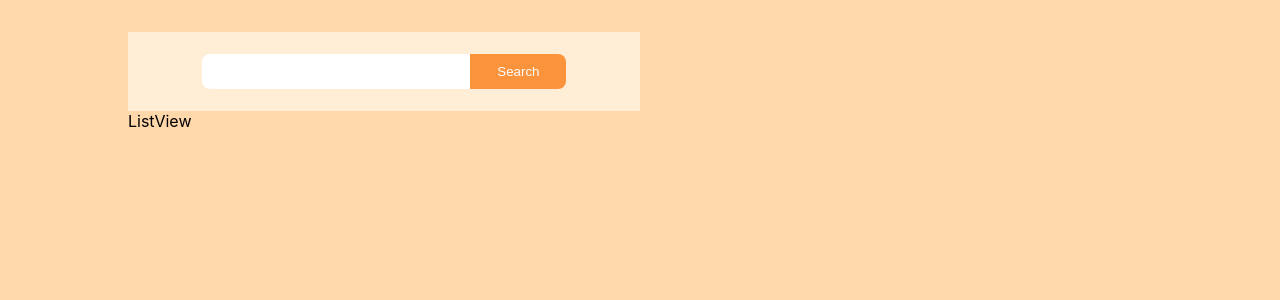
Repository: sandipkarmokar/recipeApp
Page: /
The author's editor kept a copy of each file at every save. The page is drawn from the files as they stood at one save, then again after the next save.
The browser window is 1280 px wide. The pictures show the whole page.
The project was rebuilt for these pictures with package versions that can differ from the ones it lists, and the page was loaded fresh each time.

Above is the page before, as saved 2022-04-16 11:58:05.

After the next save:
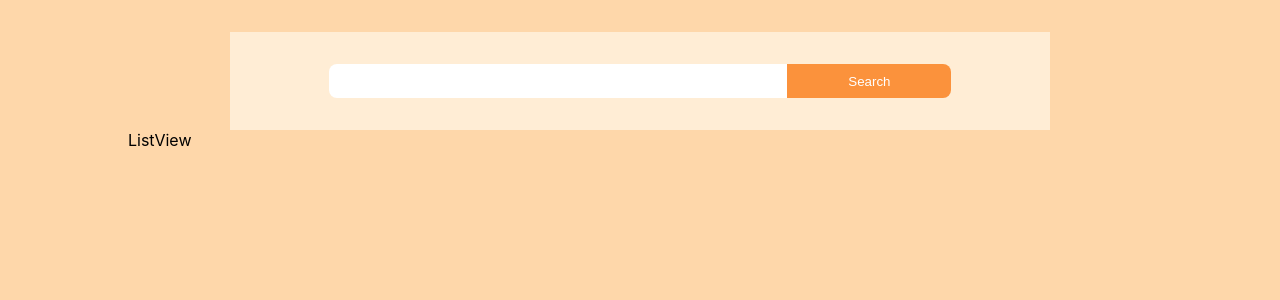
Saved 33 s later.
--- a/src/App.css
+++ b/src/App.css
@@ -23,6 +23,12 @@
     width: 50%;
     background-color: #ffedd5;
     padding: 1.4rem 1rem;
+    margin: 0 auto;
+    width: 80%;
+    padding: 2rem 0;
+    display: flex;
+    justify-content: center;
+    flex-direction: column;
 }
 .app .app-container .searchBar .searchBar-container {
     width: 80%;
